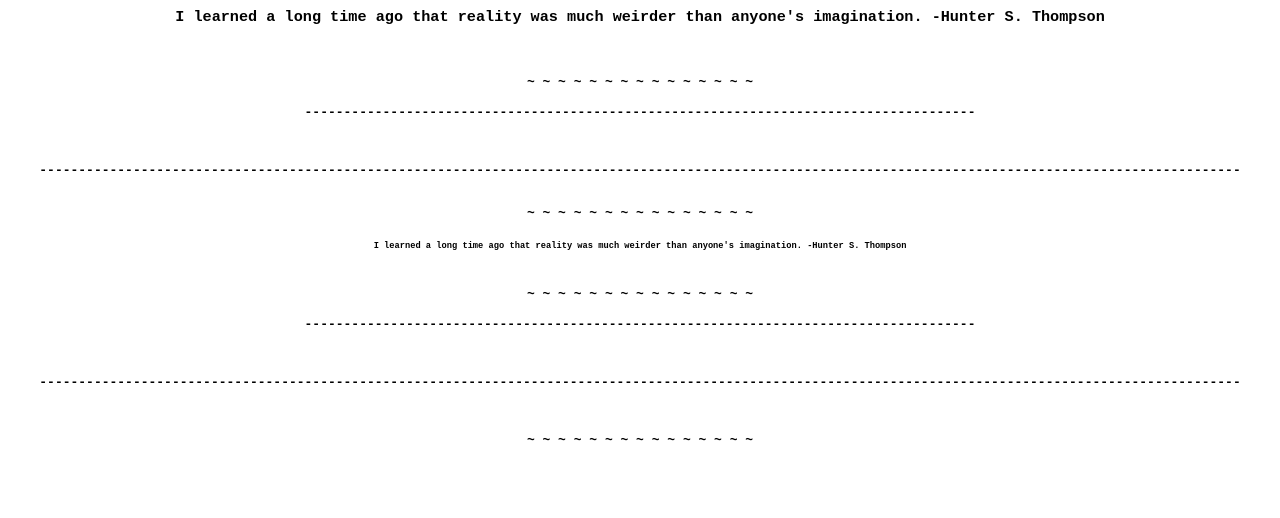
Repository: penas326/penas326.github.io
Page: composition/index.html
The author's editor kept a record of every edit. The page is drawn from the files as they stood at one moment, then again after the next edit.
The browser window is 1280 px wide. The pictures show the whole page.

Above is the page before.

After the next edit:
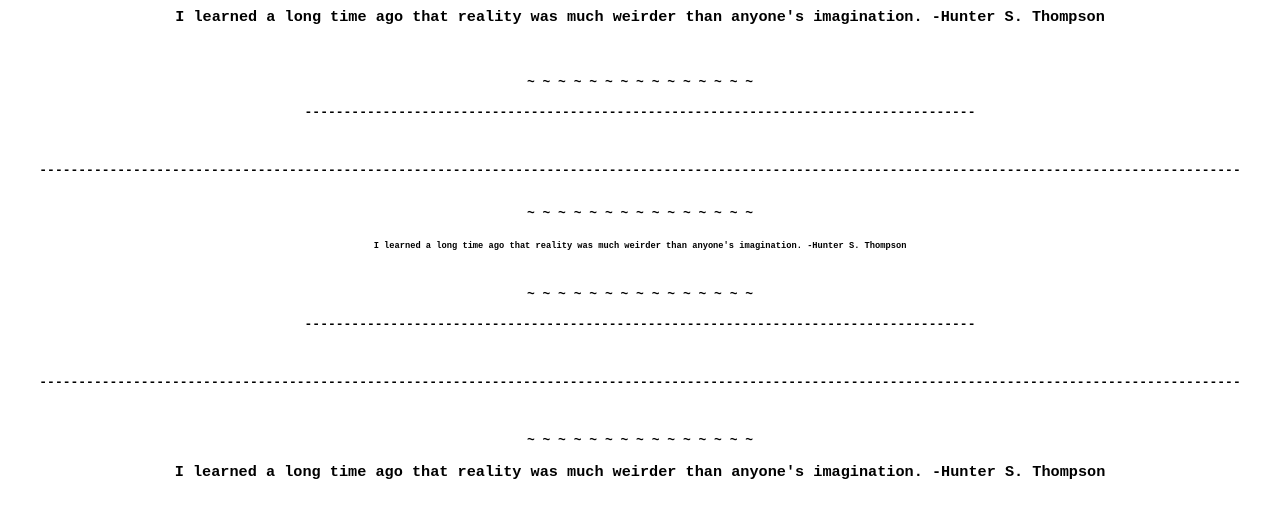
The edit:
--- a/composition/index.html
+++ b/composition/index.html
@@ -30,6 +30,7 @@
         <strong>~ ~ ~ ~ ~ ~ ~ ~ ~ ~ ~ ~ ~ ~ ~</strong>
         </center>
          </head>
+          <strong><h3 align="center"><code>I learned a long time ago that reality was much weirder than anyone's imagination. -Hunter S. Thompson</h3>
     </body>
 
 </html>
